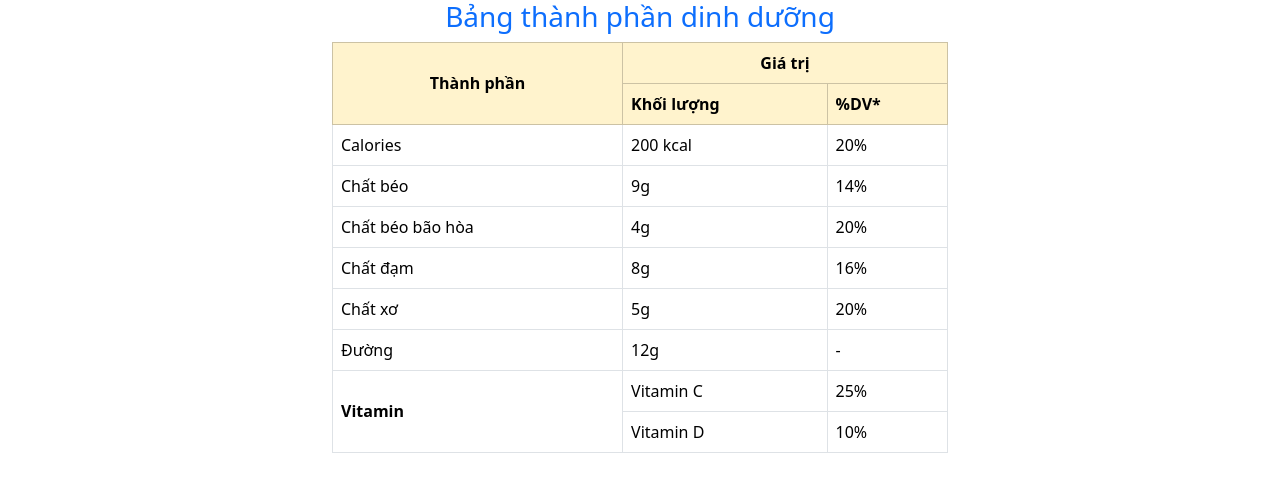
Repository: KizukoHeiwa/SOF308
Page: Lab2/bai1.html
An editor plug-in stored every save of this project. The page is shown before and after the next save, followed by the edit.
The browser window is 1280 px wide. The pictures show the whole page.

Above is the page before, as saved 2024-11-07 10:12:38.

### Lab2/bai1.html
<!DOCTYPE html>
<html lang="en">

<head>
    <meta charset="UTF-8">
    <meta name="viewport" content="width=device-width, initial-scale=1.0">
    <title>FPT Polytechnic</title>
</head>

<body>
    <div class="container-fluid w-50">
        <h3 class="text-center text-primary">Bảng thành phần dinh dưỡng</h3>
        <table class="table table-bordered align-middle">
            <thead class="table-warning align-middle">
                <tr class="text-center">
                    <th rowspan="2">Thành phần</th>
                    <th colspan="2">Giá trị</th>
                </tr>
                <tr>
                    <th>Khối lượng</th>
                    <th>%DV*</th>
                </tr>
            </thead>
            <tbody>
                <tr>
                    <td>Calories</td>
                    <td>200 kcal</td>
                    <td>20%</td>
                </tr>
                <tr>
                    <td>Chất béo</td>
                    <td>9g</td>
                    <td>14%</td>
                </tr>
                <tr>
                    <td>Chất béo bão hòa</td>
                    <td>4g</td>
                    <td>20%</td>
                </tr>
                <tr>
                    <td>Chất đạm</td>
                    <td>8g</td>
                    <td>16%</td>
                </tr>
                <tr>
                    <td>Chất xơ</td>
                    <td>5g</td>
                    <td>20%</td>
                </tr>
                <tr>
                    <td>Đường</td>
                    <td>12g</td>
                    <td>-</td>
                </tr>
                <tr>
                    <th rowspan="2">Vitamin</th>
                    <td>Vitamin C</td>
                    <td>25%</td>
                </tr>
                <tr>
                    <td>Vitamin D</td>
                    <td>10%</td>
                </tr>
            </tbody>
        </table>
    </div>

    <link href="https://cdn.jsdelivr.net/npm/bootstrap@5.3.3/dist/css/bootstrap.min.css" rel="stylesheet">
    <link rel="stylesheet" href="https://cdnjs.cloudflare.com/ajax/libs/font-awesome/6.0.0-beta3/css/all.min.css">
    <script src="https://cdn.jsdelivr.net/npm/bootstrap@5.3.3/dist/js/bootstrap.bundle.min.js"></script>
</body>

</html>

After the next save:
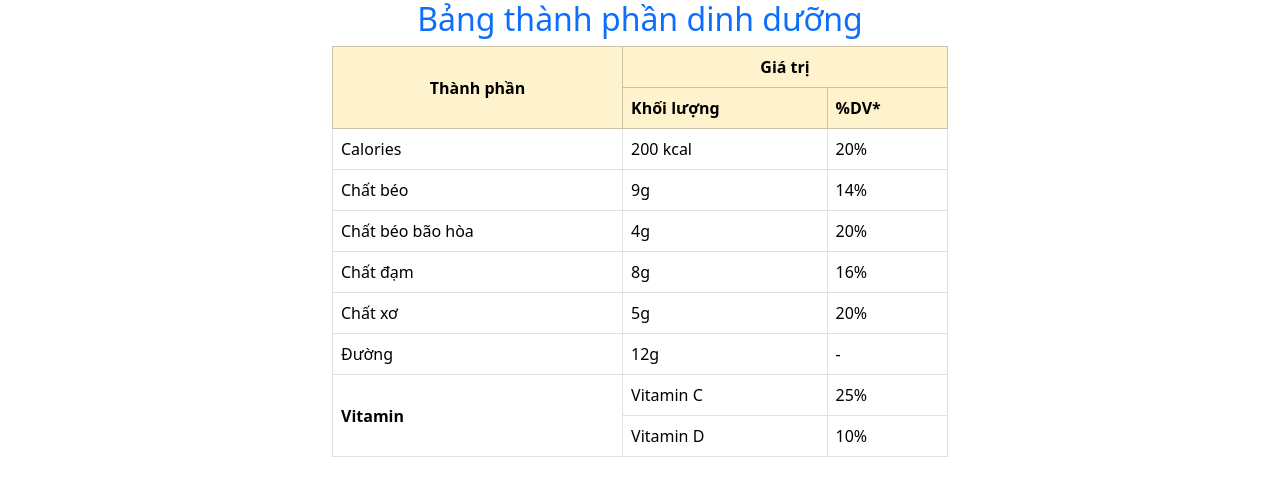
Saved 17 s later.
--- a/Lab2/bai1.html
+++ b/Lab2/bai1.html
@@ -9,7 +9,7 @@
 
 <body>
     <div class="container-fluid w-50">
-        <h3 class="text-center text-primary">Bảng thành phần dinh dưỡng</h3>
+        <h2 class="text-center text-primary">Bảng thành phần dinh dưỡng</h2>
         <table class="table table-bordered align-middle">
             <thead class="table-warning align-middle">
                 <tr class="text-center">
